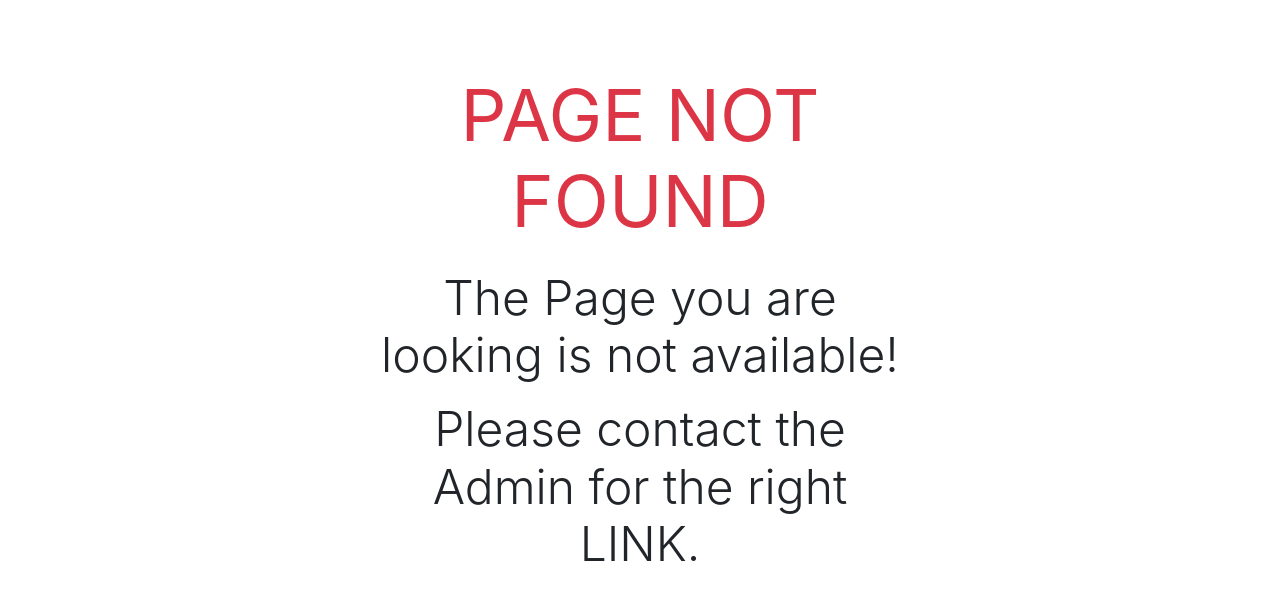
Repository: oluwaseyi9325/react-redux
Page: /mailer
These files come from the project's save history. The page is drawn as it stood at one moment and after the next save; the edit follows.
The browser window is 1280 px wide. The pictures show the whole page.
The project was rebuilt for these pictures with package versions that can differ from the ones it lists, and the page was loaded fresh each time. Also part of the build but not shown: src/Pages/Index.tsx.

Above is the page before, as saved 2023-04-18 17:09:46.

After the next save:
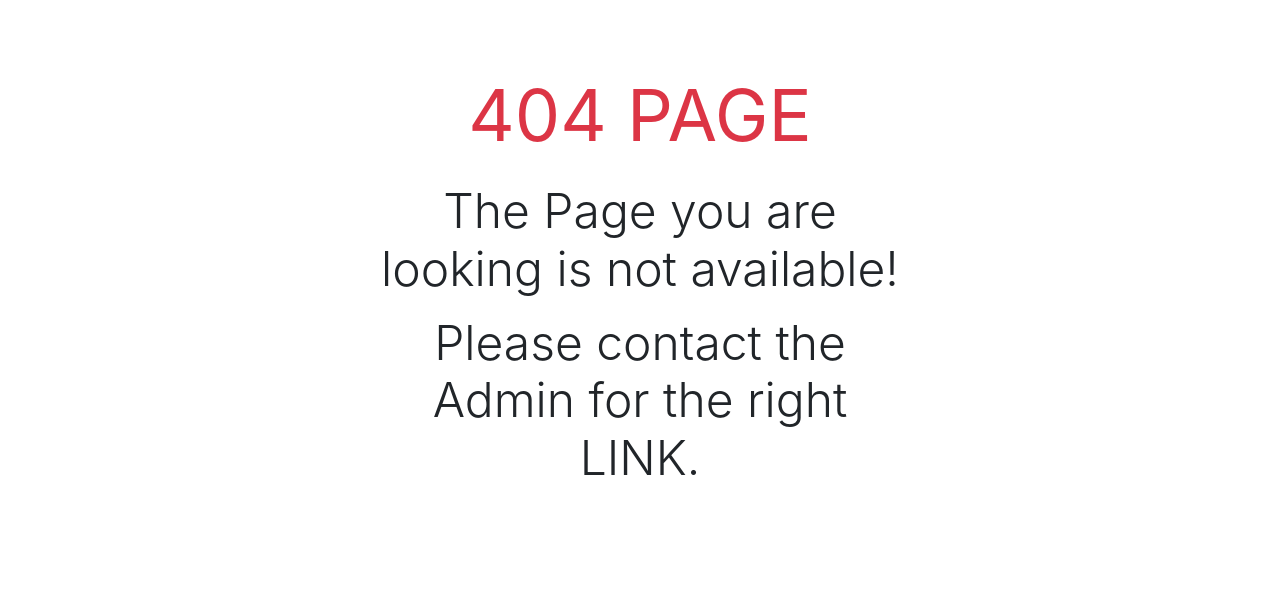
Saved 7 s later.
--- a/src/Pages/NotFond.tsx
+++ b/src/Pages/NotFond.tsx
@@ -8,7 +8,7 @@
             <div className='col-lg-6 col-md-7 mx-auto text-center'>
                 <div>
                     <div>
-                        <h1 className='text-danger  display-2 my-4'><b>PAGE NOT FOUND</b></h1>
+                        <h1 className='text-danger  display-2 my-4'><b>404 PAGE</b></h1>
                         <div className='display-5'>
                         <p>The Page you are looking is not available!</p>
                         <p>Please contact the Admin for the right LINK.</p>
